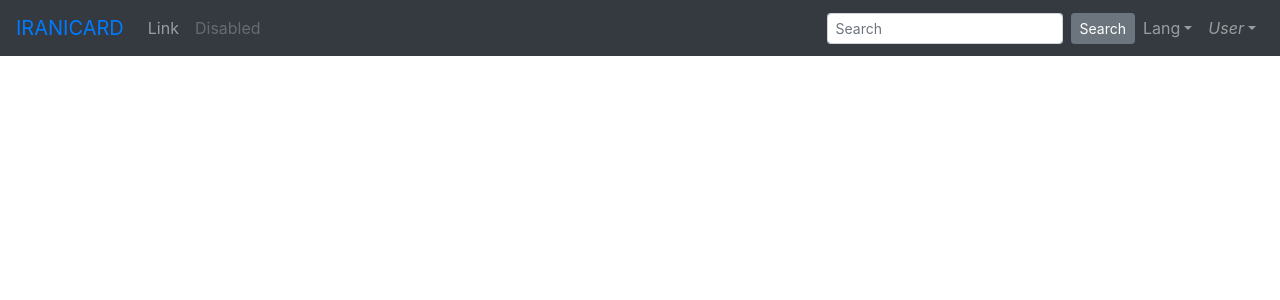
Repository: hosseinemami1370/iranicard
Page: /user
The author's editor kept a copy of each file at every save. The page is drawn from the files as they stood at one save, then again after the next save.
The browser window is 1280 px wide. The pictures show the whole page.
Pictures or frames that could not be fetched are drawn as grey boxes. The page's requests for data from a server got no answer. The project was rebuilt for these pictures with package versions that can differ from the ones it lists, and the page was loaded fresh each time. The framework's server and built-in components were replaced by stand-ins that run in the browser. No one was signed in, and anything a server would have sent is missing. Also part of the build but not shown: nuxt.config.js, components/Header.vue, components/Logo.vue, components/UI/AppButton.vue, layouts/admin.vue, layouts/error.vue.

Above is the page before, as saved 2021-03-14 16:41:04.

After the next save:
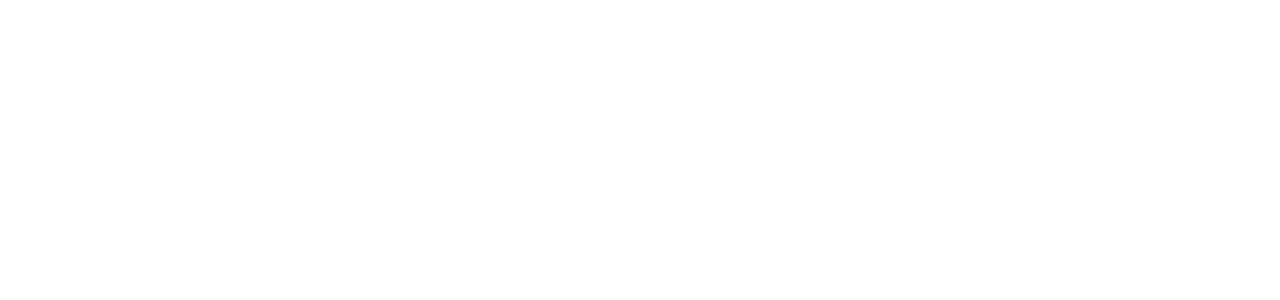
Saved 93 s later.
--- a/layouts/header.vue
+++ b/layouts/header.vue
@@ -1,64 +1,18 @@
 <template>
 
 
-<div>
-  <b-navbar toggleable="lg" type="dark" variant="dark">
-    <b-navbar-brand  ><nuxt-link to="/">IRANICARD</nuxt-link></b-navbar-brand>
-
-    <b-navbar-toggle target="nav-collapse"></b-navbar-toggle>
-
-    <b-collapse id="nav-collapse" is-nav>
-      <b-navbar-nav>
-        <b-nav-item href="#">Link</b-nav-item>
-        <b-nav-item href="#" disabled>Disabled</b-nav-item>
-      </b-navbar-nav>
-
-      <!-- Right aligned nav items -->
-      <b-navbar-nav class="ml-auto">
-        <b-nav-form>
-          <b-form-input size="sm" class="mr-sm-2" placeholder="Search"></b-form-input>
-          <b-button size="sm" class="my-2 my-sm-0" type="submit">Search</b-button>
-        </b-nav-form>
-
-        <b-nav-item-dropdown text="Lang" right>
-          <b-dropdown-item href="#">EN</b-dropdown-item>
-          <b-dropdown-item href="#">ES</b-dropdown-item>
-          <b-dropdown-item href="#">RU</b-dropdown-item>
-          <b-dropdown-item href="#">FA</b-dropdown-item>
-        </b-nav-item-dropdown>
-
-        <b-nav-item-dropdown right>
-          <!-- Using 'button-content' slot -->
-          <template #button-content>
-            <em>User</em>
-          </template>
-          <b-dropdown-item href="#">Profile</b-dropdown-item>
-          <b-dropdown-item @click="onLogout">Sign Out</b-dropdown-item>
-        </b-nav-item-dropdown>
-      </b-navbar-nav>
-    </b-collapse>
-  </b-navbar>
-</div>
 </template>
 
 <script>
-
-
+// import Header from '@/components/navigation/Header'
 export default {
-  middleware: ["check-auth"],
-
-  methods: {
-    onLogout() {
-      this.$store.dispatch("logout");
-      this.$router.push("/auth");
-    }
-  }
+    components:{
+        // Header
+    },
 
 }
 </script>
 
-
-
 <style>
 
 </style>

After the 3 saves that followed:
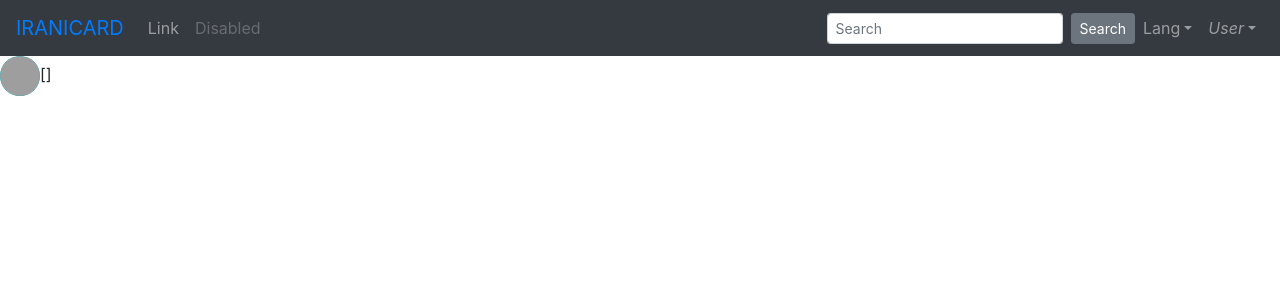
The 3 saves are shown as one change because 1 did not build or start and 1 left the picture as it was.
The last was saved 9 min 33 s later.
--- a/layouts/header.vue
+++ b/layouts/header.vue
@@ -1,13 +1,17 @@
 <template>
-
+ <div>
+   <Header />
+   <nuxt />
+ </div>
 
 </template>
 
 <script>
-// import Header from '@/components/navigation/Header'
+import Header from '@/components/navigation/Header'
 export default {
     components:{
-        // Header
+        Header
+
     },
 
 }
